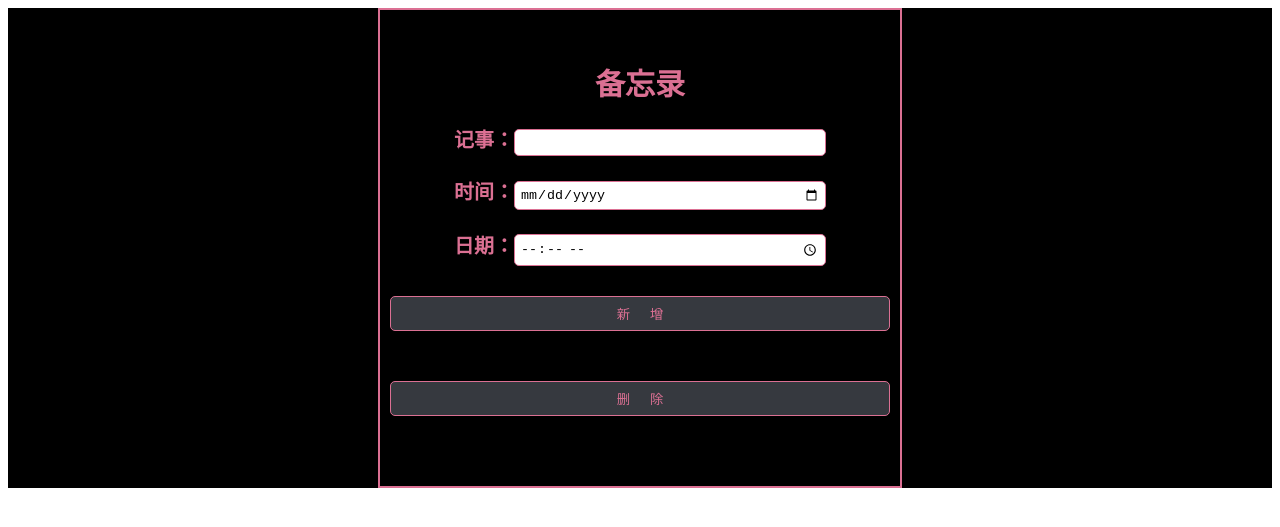
Repository: ErosHai/ReactDemo
Page: /
The author's editor kept a copy of each file at every save. The page is drawn from the files as they stood at one save, then again after the next save.
The browser window is 1280 px wide. The pictures show the whole page.
The project was rebuilt for these pictures with package versions that can differ from the ones it lists, and the page was loaded fresh each time. Also part of the build but not shown: src/pages/Home/components/Item/index.js.

Above is the page before, as saved 2022-03-17 21:39:11.

### src/index.js
import React from 'react'
import ReactDOM from 'react-dom'
import Home from './pages/Home'

ReactDOM.render(
	<React.StrictMode>
		<Home />
	</React.StrictMode>,
	document.getElementById('root')
)

### src/pages/Home/index.js
import Edit from './components/Edit'
import List from './components/List'
import { useState } from 'react'
import styled from 'styled-components'

const Container = styled.h1`
	width: 500px;
	height: auto;
	padding: 50px 10px;
	margin: 0 auto;
	border: 2px solid palevioletred;
	font-size: 30px;
	text-align: center;
	color: palevioletred;
`
const Body = styled.body`
	background-color: black;
	margin: 0;
	padding: 0;
`
const Home = () => {
	const [data, setData] = useState([])

	return (
		<Body>
			<Container>
				<Edit setData={setData} data={data} />
				<List listData={data} />
			</Container>
		</Body>
	)
}

export default Home

### src/pages/Home/components/Edit/index.js
import { useState } from 'react'
import styled from 'styled-components'

const LitleTitle = styled.div`
	margin-top: 20px;
	font-size: 20px;
`

const Input = styled.input`
	width: 300px;
	padding: 5px;
	margin: 0 auto;
	border-radius: 5px;
	border: 1px solid palevioletred;
	outline-color: palevioletred;
`
const Button = styled.button`
	width: 100%;
	height: 35px;
	padding: 0 10px;
	margin: 30px 0 20px 0;
	color: palevioletred;
	background-color: #36393f;
	border-radius: 5px;
	line-height: 35px;
	text-align: center;
	letter-spacing: 20px;
	text-indent: 20px;
	border: 0.5px solid palevioletred;
	&:hover {
		background-color: palevioletred;
		color: white;
		border: 0.5px solid palevioletred;
	}
`

function Edit({ data, setData }) {
	const handleInput = event => {
		const someThings = event.target.value
		return someThings
	}

	function handleAdd() {
		setData(data + 1)
	}

	return (
		<div>
			<div>备忘录</div>
			<LitleTitle>
				记事：
				<Input onChange={handleInput}></Input>
			</LitleTitle>
			<LitleTitle>
				时间：
				<Input onChange={handleInput} type="date"></Input>
			</LitleTitle>
			<LitleTitle>
				日期：
				<Input onChange={handleInput} type="time"></Input>
			</LitleTitle>
			<Button onClick={handleAdd}>新增</Button>
			<Button>删除</Button>
		</div>
	)
}

export default Edit

### src/pages/Home/components/List/index.js
import Item from '../Item'
import { v4 as uuidv4 } from 'uuid'

function List({ listData }) {
	console.log(listData)
	return (
		<div>
			{listData.map(item => (
				<Item key={uuidv4()} />
				// <div key={uuidv4()}>{item}</div>
			))}
		</div>
	)
}

export default List

Loaded but not shown: public/index.html (common file)

After the next save:
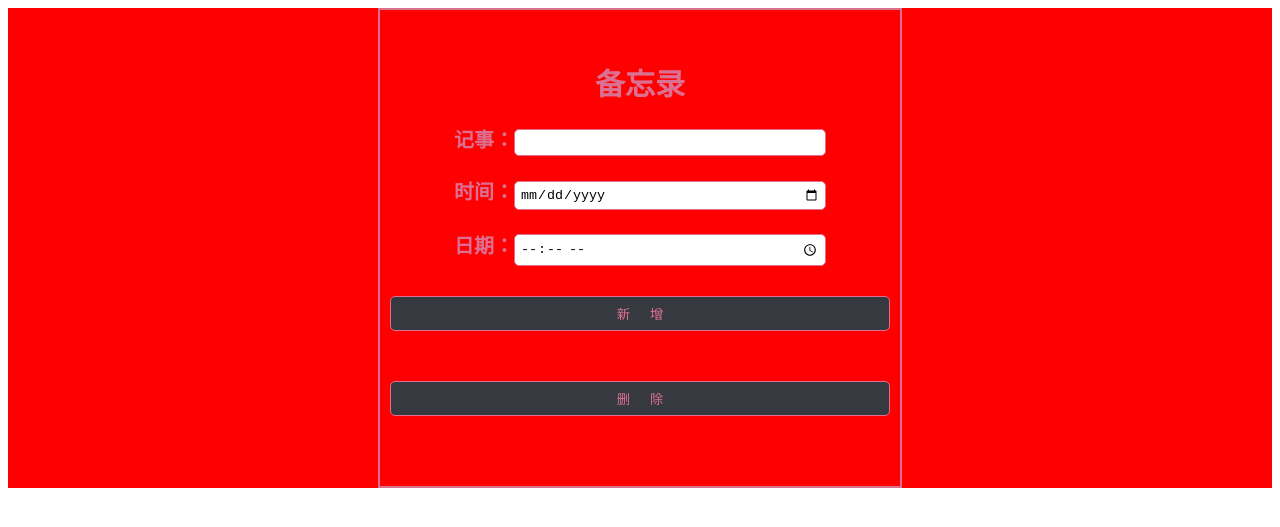
Saved 10 s later.
--- a/src/pages/Home/index.js
+++ b/src/pages/Home/index.js
@@ -14,7 +14,7 @@ const Container = styled.h1`
 	color: palevioletred;
 `
 const Body = styled.body`
-	background-color: black;
+	background-color: red;
 	margin: 0;
 	padding: 0;
 `
